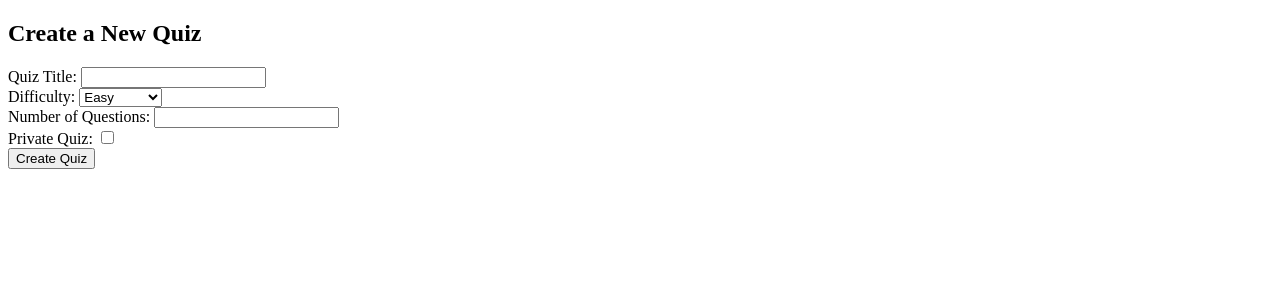
Repository: IlyessMou/Group
Page: http://localhost/quizzapp/WEB-INF/createQuiz.jsp
These files come from the project's save history. The page is drawn as it stood at one moment and after the next save; the edit follows.
The browser window is 1280 px wide. The pictures show the whole page.
The page is served by Tomcat 10. Nobody is signed in. Other server files are loaded and not shown. The template is opened directly, without the code that normally fills it, so the values that code supplies are empty.

Above is the page before, as saved 2024-12-01 03:28:12.

### quizzapp/src/main/webapp/WEB-INF/createQuiz.jsp
<%@ page language="java" contentType="text/html; charset=UTF-8"
    pageEncoding="UTF-8"%>
    <%@ taglib prefix = "c" uri = "http://java.sun.com/jsp/jstl/core" %>
<!DOCTYPE html>
<html>
<head>
    <meta charset="UTF-8">
    <title>Create Quiz</title>
</head>
<body>
    <h2>Create a New Quiz</h2>
    <form action="/quiz/create" method="POST">
        <div>
            <label>Quiz Title:</label>
            <input type="text" name="title" required />
        </div>
        <div>
            <label>Difficulty:</label>
            <select name="difficulty" required>
                <option value="easy">Easy</option>
                <option value="medium">Medium</option>
                <option value="hard">Hard</option>
                <option value="challenge">Challenge</option>
            </select>
        </div>
        <div>
            <label>Number of Questions:</label>
            <input type="number" name="numQuestions" required />
        </div>
        <div>
            <label>Private Quiz:</label>
            <input type="checkbox" name="private" />
        </div>
        <button type="submit">Create Quiz</button>
    </form>

    <c:if test="${not empty quiz}">
        <p>Quiz created successfully! Now you can add questions.</p>
        <a href="/quiz/${quiz.id}/add-questions">Go to Add Questions</a>
    </c:if>
</body>
</html>

After the next save:
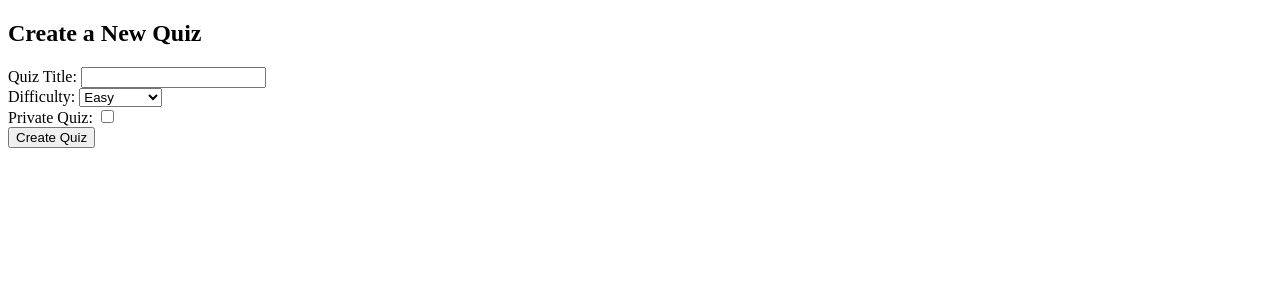
Saved 57 s later.
--- a/quizzapp/src/main/webapp/WEB-INF/createQuiz.jsp
+++ b/quizzapp/src/main/webapp/WEB-INF/createQuiz.jsp
@@ -24,10 +24,6 @@
             </select>
         </div>
         <div>
-            <label>Number of Questions:</label>
-            <input type="number" name="numQuestions" required />
-        </div>
-        <div>
             <label>Private Quiz:</label>
             <input type="checkbox" name="private" />
         </div>
